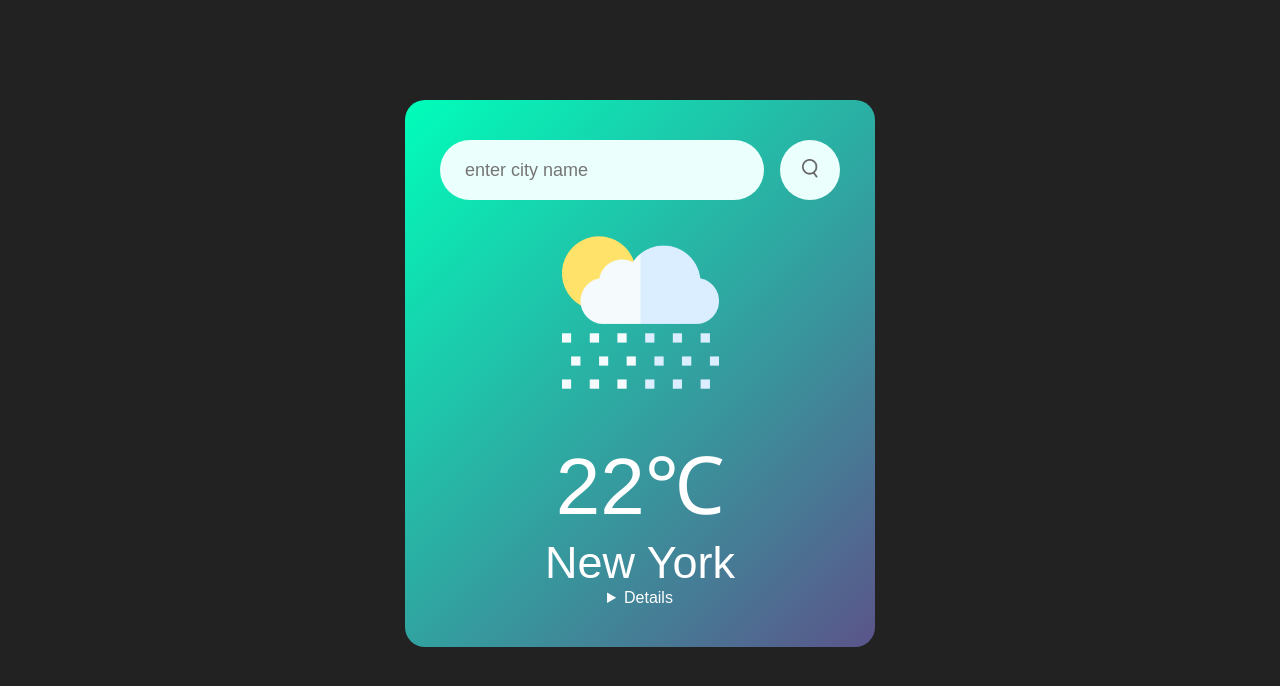
Repository: Alphosmart/weather
Page: index.html
The author's editor kept a copy of each file at every save. The page is drawn from the files as they stood at one save, then again after the next save.
The browser window is 1280 px wide. The pictures show the whole page.

Above is the page before, as saved 2024-07-17 16:42:12.

After the next save:
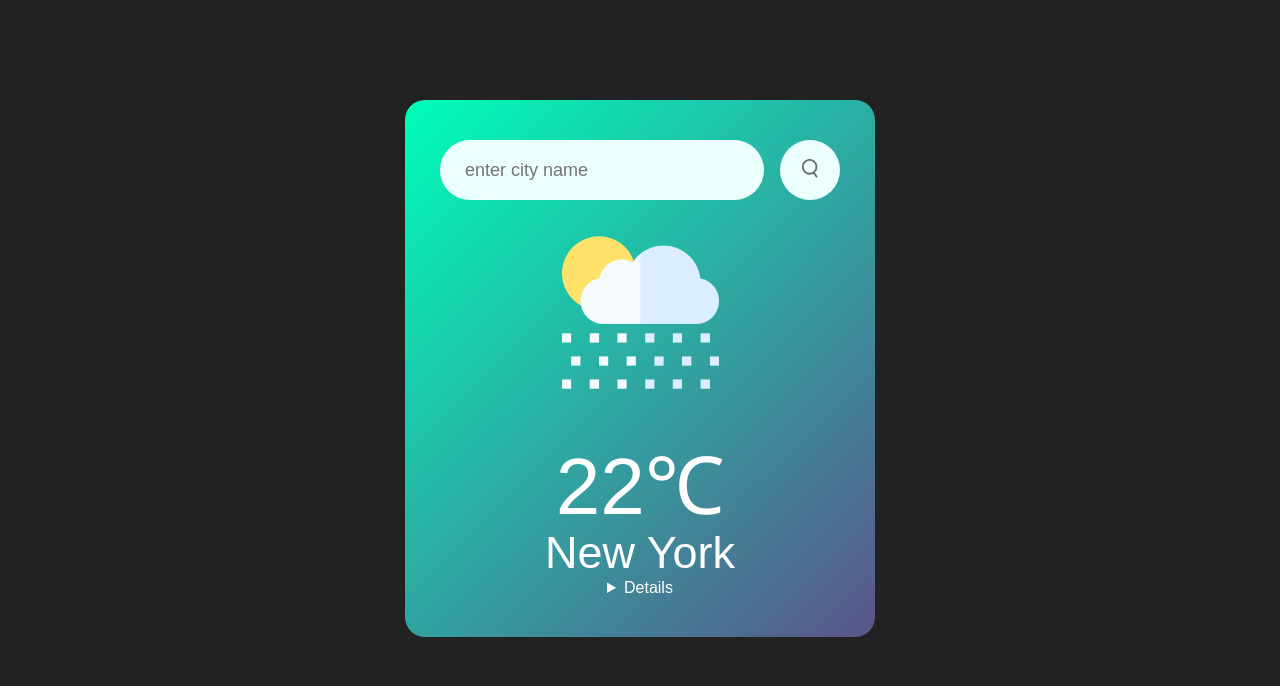
Saved 26 s later.
--- a/style.css
+++ b/style.css
@@ -66,5 +66,6 @@ body {
 
 .weather h2 {
   font-size: 45px;
-  font-weight: 500;
+  font-weight: 400;
+  margin-top: -10px;
 }
